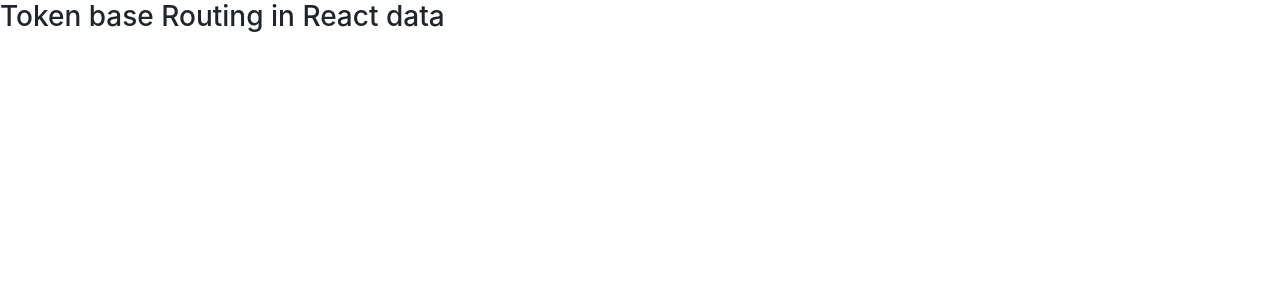
Repository: lalji-yadav/Register-Login-and-CRUD-using-token-and-Without-token-based
Page: /readme
The author's editor kept a copy of each file at every save. The page is drawn from the files as they stood at one save, then again after the next save.
The browser window is 1280 px wide. The pictures show the whole page.
The page's requests for data from a server got no answer. The project was rebuilt for these pictures with package versions that can differ from the ones it lists, and the page was loaded fresh each time. No one was signed in, and anything a server would have sent is missing. Also part of the build but not shown: src/App.css, src/auth/login.js, src/auth/register.js, src/components/reg.js, src/components/table.js, src/components/update.js, src/crud/tabledata.js, src/crud/read.js and 3 more.

Above is the page before, as saved 2021-02-08 16:11:25.

### src/App.js
import './App.css';
import Login from "./auth/login";
import Register from "./auth/register";
import Reg from "./components/reg";
import Table from "./components/table";
import Update from "./components/update";
import Tabledata from "./crud/tabledata";

import Readme from "./auth/readme";

import Navb from "./crud/navbar";

import {
  BrowserRouter as Router,
  Switch,
  Route
} from "react-router-dom";

function App() {
  return (
    <div>
      <Router>
        <Switch>
           <Route exact path="/" component={Register} />
           <Route exact path="/login" component={Login} />
           <Route exact path="/reg" component={Reg} />
           <Route exact path="/table" component={Table} />
           <Route exact path="/tabledata" component={Tabledata} />
           <Route exact path="/readme" component={Readme} />

           <Route exact path="/navbar" component={Navb} />


           <Route exact path="/user/:id" render={(props)=>(<Update {...props} />)} >



            </Route>
        </Switch>
      </Router>

    </div>
  );
}

export default App;

### src/auth/readme.js
import axios from 'axios';
import React, { useEffect, useState } from 'react';

const Readme = () => {

    const [data, setData] = useState();

    useEffect(()=> {

        const token = localStorage.getItem('token')
        console.log(token)
        axios.get('http://localhost:3000/user/me',
        { headers: {"Authorization" : `Bearer ${token}`} }
        ).then((res)=> {

            setData(res.data)
            console.log(res)
        }).catch((err)=> {
            console.log(err)
        })
    },[])

    return (
        <div>
            <h3> Token base Routing in React data </h3>
            {/* <p>{data.name}</p> */}

        </div>
    );
};

export default Readme;

Loaded but not shown: public/index.html (common file); src/index.js (common file); src/index.css (common file); src/reportWebVitals.js (common file)

After the next save:
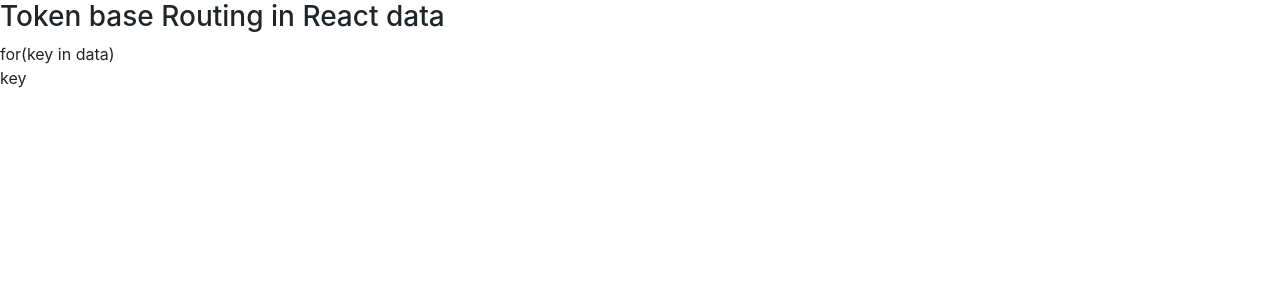
Saved 81 s later.
--- a/src/auth/readme.js
+++ b/src/auth/readme.js
@@ -24,6 +24,9 @@
         <div>
             <h3> Token base Routing in React data </h3>
             {/* <p>{data.name}</p> */}
+            for(key in data) {
+                <p>key</p>
+            }
 
         </div>
     );

After the 2 saves that followed:
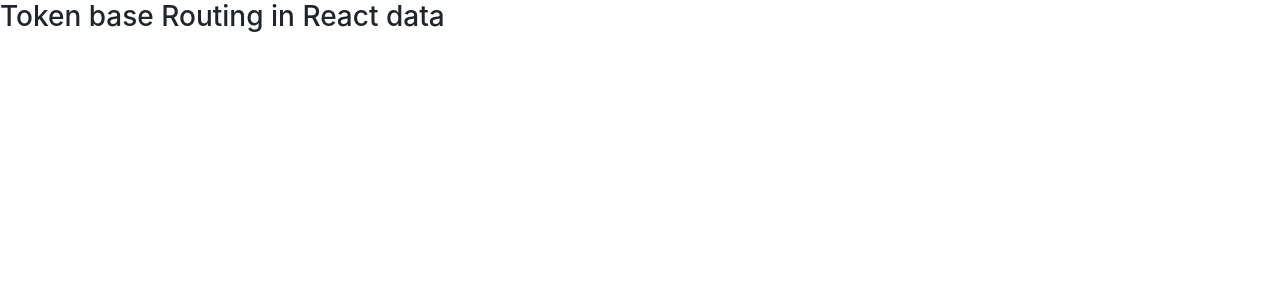
The 2 saves are shown as one change because 1 left the picture as it was.
The last was saved 8 min 35 s later.
--- a/src/auth/readme.js
+++ b/src/auth/readme.js
@@ -3,7 +3,7 @@
 
 const Readme = () => {
 
-    const [data, setData] = useState();
+    const [data, setData] = useState([]);
 
     useEffect(()=> {
 
@@ -23,10 +23,10 @@
     return (
         <div>
             <h3> Token base Routing in React data </h3>
-            {/* <p>{data.name}</p> */}
-            for(key in data) {
+            <p>{data.name}</p>
+            {/* for(key in data) {
                 <p>key</p>
-            }
+            } */}
 
         </div>
     );
